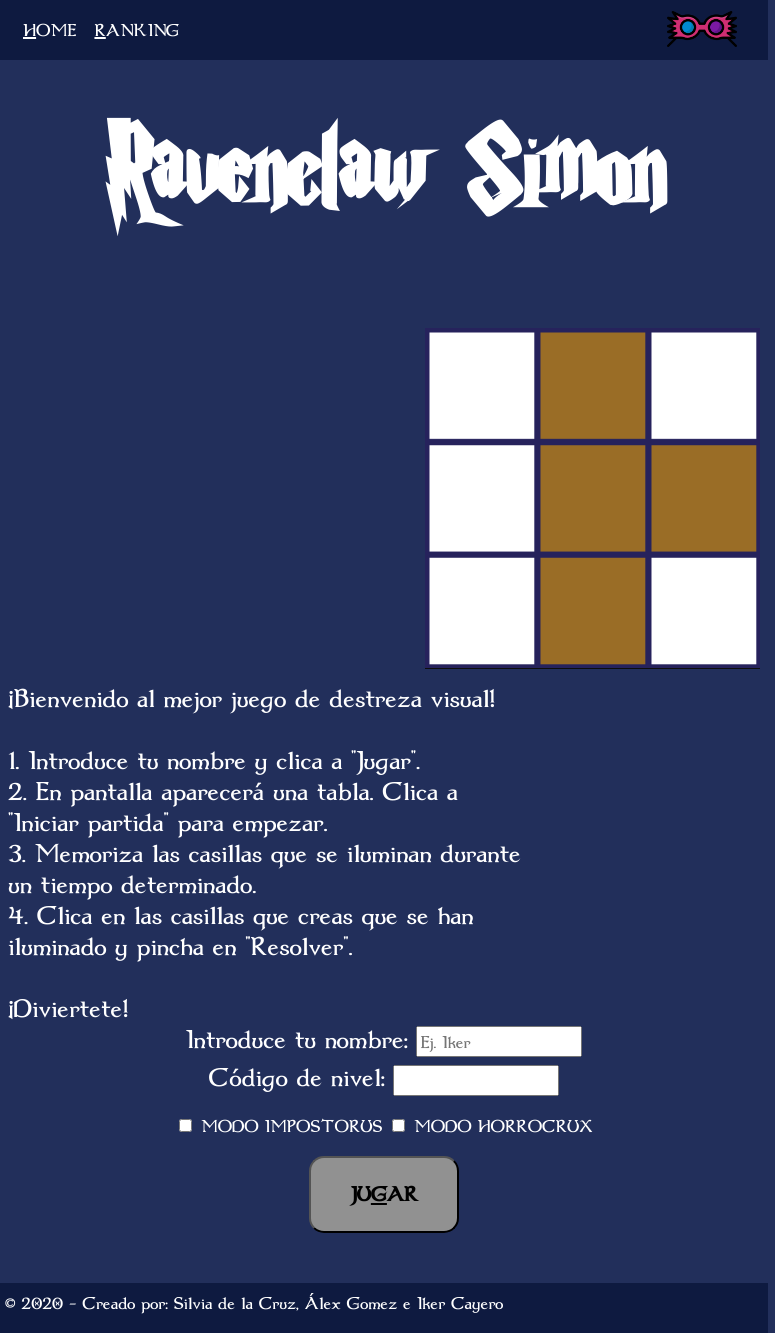
Repository: alexgomezdev/RavenclawSimon
Page: http://localhost/
These files come from the project's save history. The page is drawn as it stood at one moment and after the next save; the edit follows.
The browser window is 768 px wide. The page is 768 px wide, then 775 px, so the pictures cover 775 px, including what lies to the right of the window. The pictures show the whole page.
Some web libraries are served in a nearby version. The page is run by PHP 8.4 with error messages shown; the project is at /var/www/html/.

Above is the page before, as saved 2020-11-10 20:08:40.

After the next save:
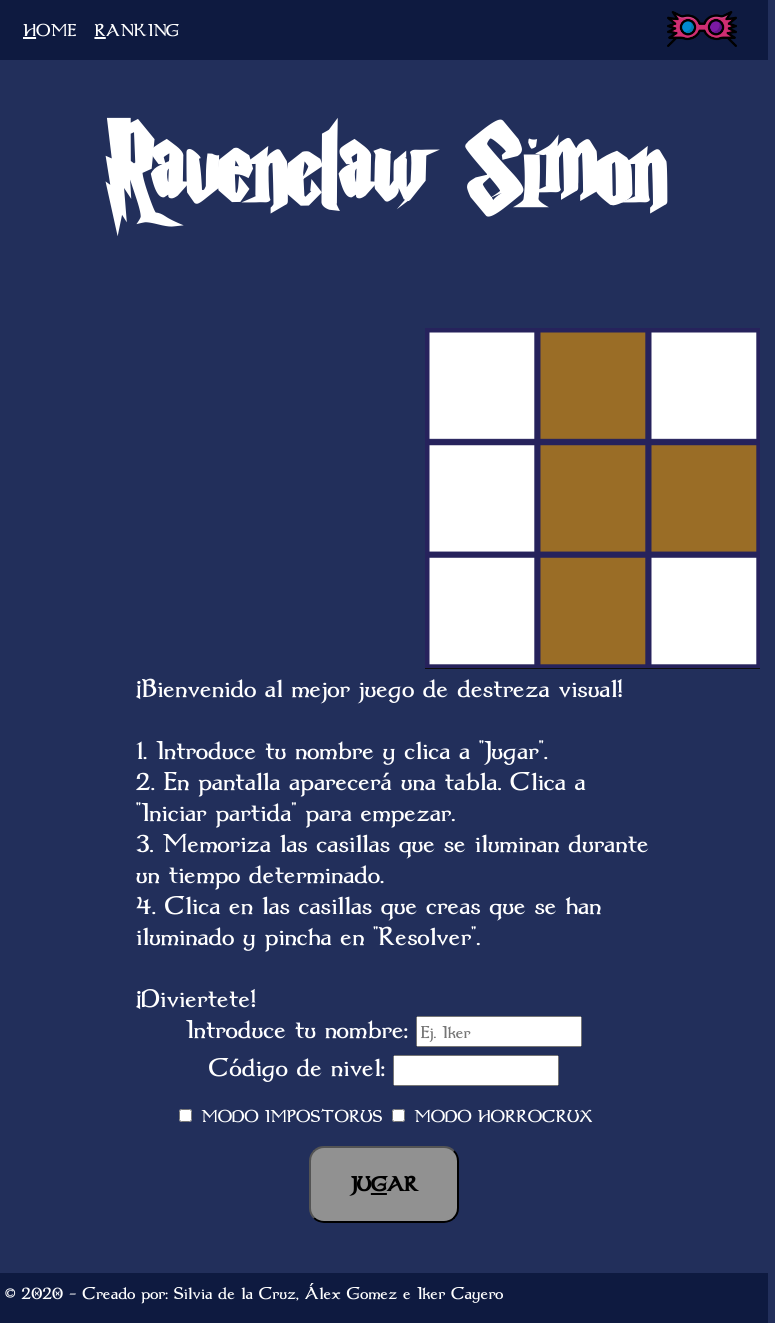
Saved 10 s later.
--- a/templates/index.css
+++ b/templates/index.css
@@ -131,8 +131,8 @@
   #manual {
     width: 100%;
     align-content: center;
+  }
+  #manual_paragraph {
     margin: 0 auto;
   }
-  #manual_paragraph {
-  }
 }
